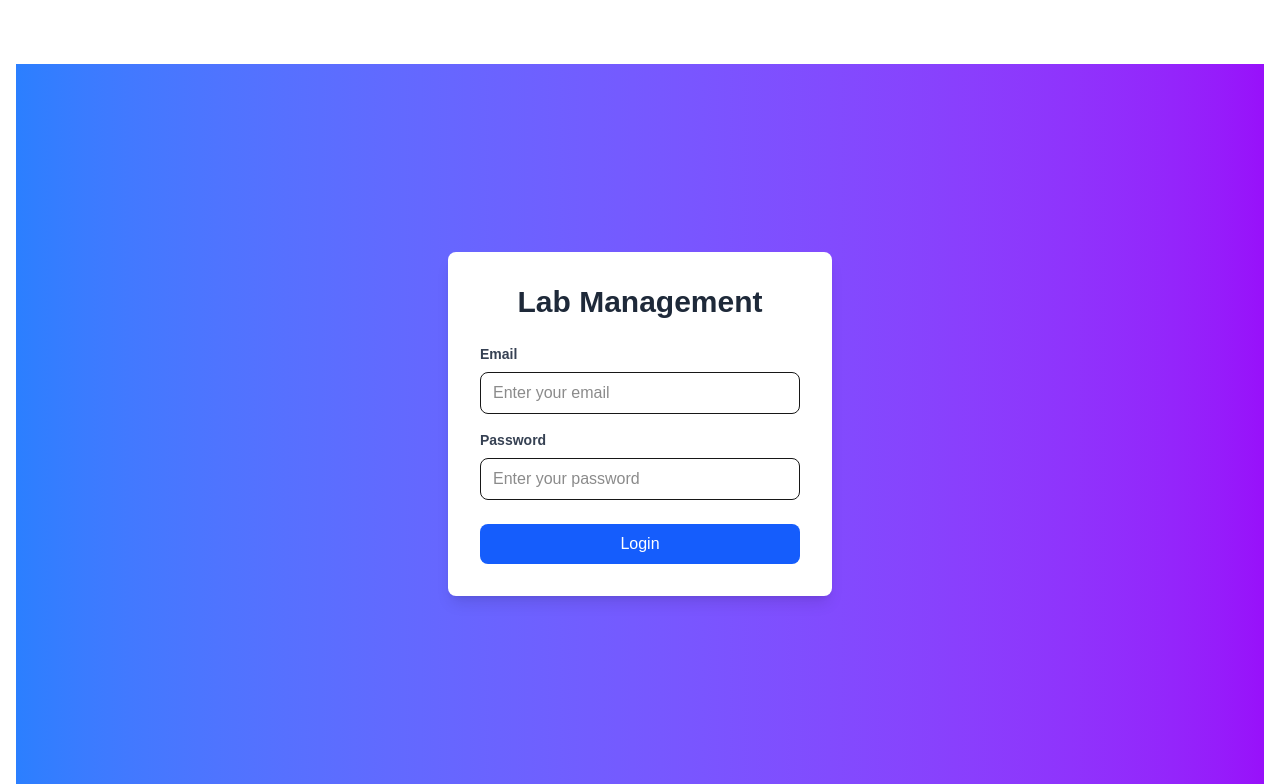
Repository: fabianosevla/gestao-labs
Page: /login (app in lab-management-system/)
These files come from the project's save history. The page is drawn as it stood at one moment and after the next save; the edit follows.
The browser window is 1280 px wide. The pictures show the whole page.
The project was rebuilt for these pictures with package versions that can differ from the ones it lists, and the page was loaded fresh each time. The framework's server and built-in components were replaced by stand-ins that run in the browser. Also part of the build but not shown: lab-management-system/next.config.mjs, lab-management-system/components/Navbar.js.

Above is the page before, as saved 2025-04-29 11:32:19.

After the next save:
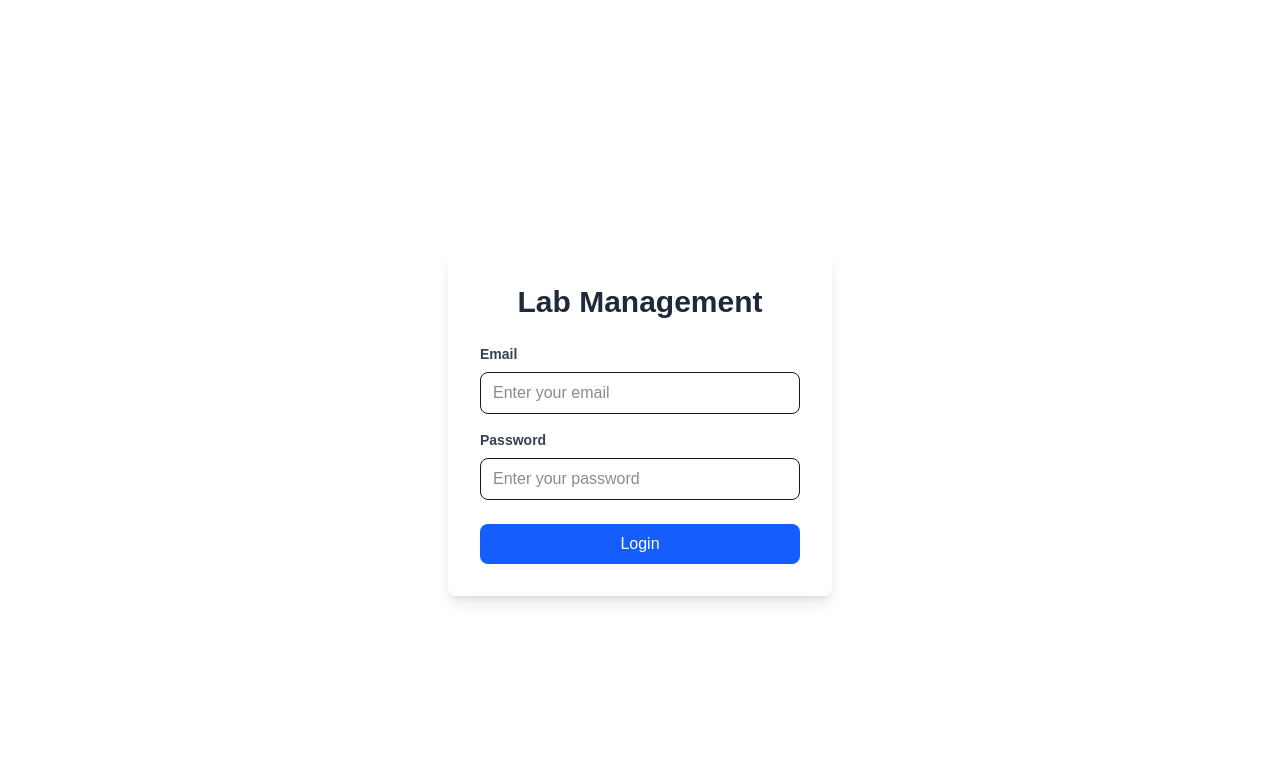
Saved 8 min 11 s later.
--- a/lab-management-system/app/login/page.js
+++ b/lab-management-system/app/login/page.js
@@ -9,12 +9,11 @@ export default function Login() {
     const [password, setPassword] = useState("");
 
     const handleLogin = () => {
-        // Simulação de login
         router.push("/");
     };
 
     return (
-        <div className="flex items-center justify-center min-h-screen bg-gradient-to-r from-blue-500 to-purple-600">
+        <div className="flex items-center justify-center min-h-screen bg-white">
             <div className="bg-white p-8 rounded-lg shadow-lg w-96 transform transition-all hover:scale-105">
                 <h2 className="text-3xl font-bold text-center text-gray-800 mb-6">Lab Management</h2>
                 <div className="mb-4">
